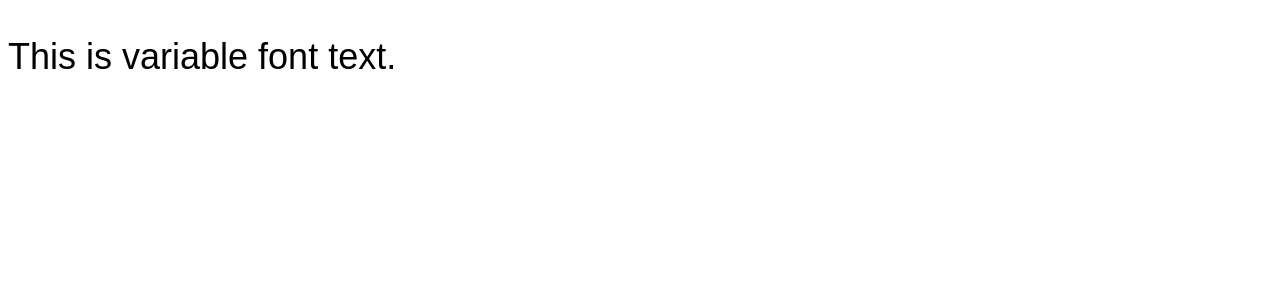
Repository: angelica-hom/msdv-thesis
Page: index.html
The author's editor kept a record of every edit. The page is drawn from the files as they stood at one moment, then again after the next edit.
The browser window is 1280 px wide. The pictures show the whole page.

Above is the page before.

### index.html
<!DOCTYPE html>
<html lang="en">
<head>
  <meta charset="UTF-8">
  <meta name="viewport" content="width=device-width, initial-scale=1.0">
  <title>Variable Font Example</title>
  <style>
    @import url('https://fonts.googleapis.com/css2?family=Roboto+Flex:wght@100;200;300;400;500;600;700;800;900;1000&display=swap');
    @font-face {
      font-family: 'Roboto Flex', sans-serif;
      font-weight: 200 900;
      font-stretch: 50% 200%;
    }

    body {
      font-family: 'Source Sans Variable', sans-serif;
    }

    #myText {
      font-size: 36px;
    }
  </style>
</head>
<body>
  <p id="myText">This is variable font text.</p>
  <script>
    const myText = document.getElementById("myText");
    let multiplierWidth, multiplierHeight, randomWeight, randomWidth;

    function updateText(e) {
      multiplierWidth = e.offsetX / window.innerWidth;
      multiplierHeight = e.offsetY / window.innerHeight;
      randomWeight = multiplierWidth * (900 - 200) + 200;
      randomWidth = multiplierHeight * (200 - 100) + 100;
      myText.style.fontVariationSettings = "\"wght\" " + randomWeight + ", \"wdth\" " + randomWidth;
    }

    window.addEventListener("mousemove", updateText);
  </script>
</body>
</html>

After the next edit:
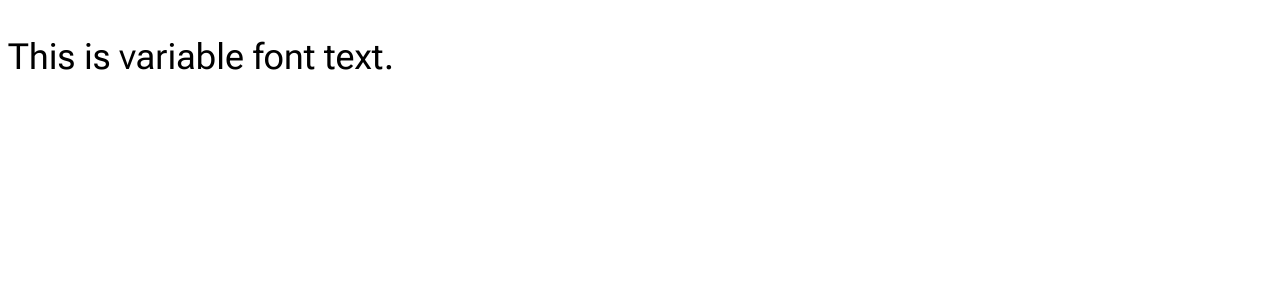
The edit:
--- a/index.html
+++ b/index.html
@@ -13,7 +13,9 @@
     }
 
     body {
-      font-family: 'Source Sans Variable', sans-serif;
+      font-family: 'Roboto Flex', sans-serif;
+      font-weight: 200 900;
+      font-stretch: 50% 200%;
     }
 
     #myText {
